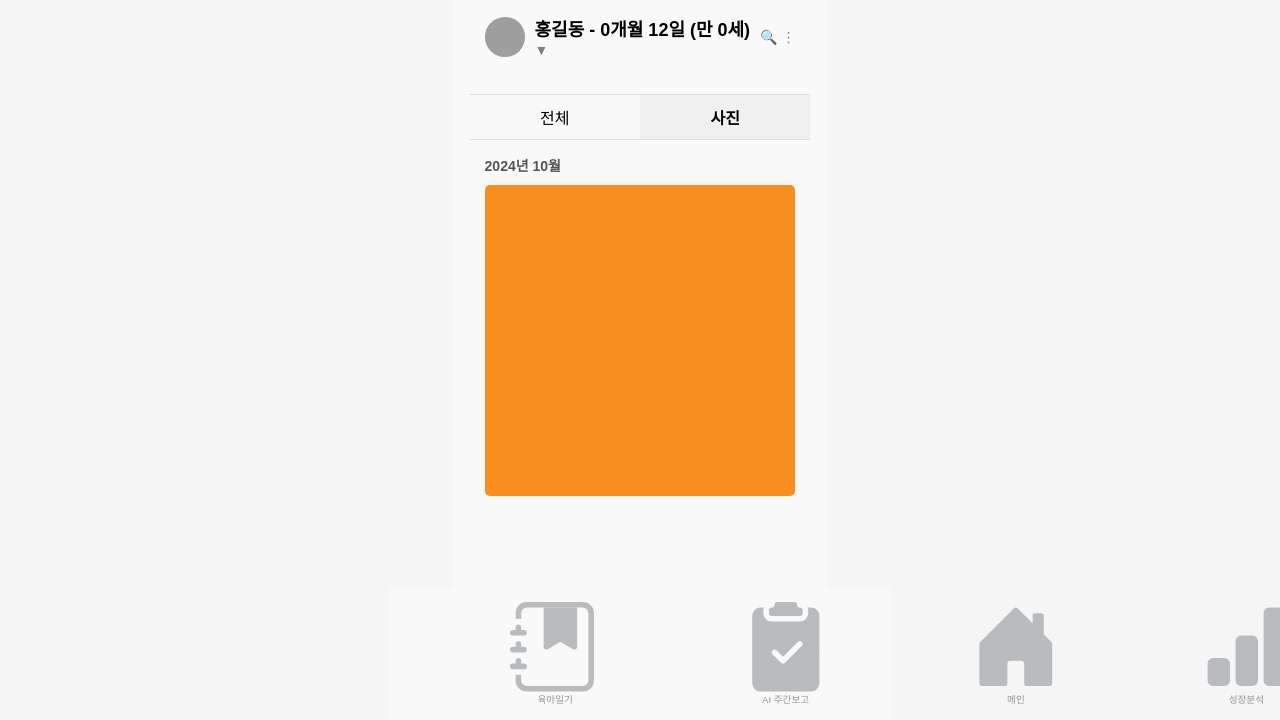
Repository: fromBirth/frombirth-frontend
Page: /babydiary/listphoto
These files come from the project's save history. The page is drawn as it stood at one moment and after the next save; the edit follows.
The browser window is 1280 px wide. The pictures show the whole page.
Pictures or frames that could not be fetched are drawn as grey boxes. Some web fonts or font styles are not loaded; a fallback is used. The project was rebuilt for these pictures with package versions that can differ from the ones it lists, and the page was loaded fresh each time. Also part of the build but not shown: vite.config.js.

Above is the page before, as saved 2024-10-30 13:08:02.

### index.html
<!doctype html>
<html lang="en">
  <head>
    <meta charset="UTF-8" />
    <link rel="icon" type="image/svg+xml" href="/fromBirthIcon" />
    <meta name="viewport" content="width=device-width, initial-scale=1.0" />
    <script src="https://t1.kakaocdn.net/kakao_js_sdk/2.7.2/kakao.min.js" integrity="sha384-TiCUE00h649CAMonG018J2ujOgDKW/kVWlChEuu4jK2vxfAAD0eZxzCKakxg55G4" crossorigin="anonymous"></script>
    <title>fromBirth</title>
  </head>
  <body>
    <div id="root"></div>
    <script type="module" src="/src/main.jsx"></script>
  </body>
</html>

### src/main.jsx
/* src/main.jsx */

// StrictMode와 createRoot 함수를 React에서 import
import { StrictMode } from 'react'
import { createRoot } from 'react-dom/client'
// 애플리케이션의 메인 컴포넌트인 App을 import
import App from './App.jsx'

// React 애플리케이션의 루트 DOM 요소에 App 컴포넌트를 렌더링
createRoot(document.getElementById('root')).render(
  <StrictMode>
    <App />
  </StrictMode>,
)

### src/App.jsx
/* src/App.jsx */

// 전체 애플리케이션에 라우팅 기능을 제공하는 BrowserRouter를 import
import { BrowserRouter as Router } from 'react-router-dom';
// 전역적으로 인증 상태를 관리하기 위해 AuthProvider를 import
import { AuthProvider } from './contexts/AuthContext';
// 애플리케이션의 전체 라우팅 구성을 위한 AppRouter를 import
import AppRouter from './routes/AppRouter'; // 라우팅 설정을 불러옴

// App 컴포넌트는 애플리케이션의 최상위 컴포넌트로, 인증과 라우팅을 관리
function App() {
    return (
        <AuthProvider>  {/* 인증 컨텍스트 제공 */}
            <Router>  {/* 라우팅 제공 */}
                <AppRouter /> {/* 전체 라우팅 설정 */}
            </Router>
        </AuthProvider>
    );
}

// App 컴포넌트를 기본으로 내보내기
export default App;

### src/contexts/AuthContext.jsx
/* src/contexts/AuthContext.jsx */

import { createContext, useState } from 'react';

// Context 생성
export const AuthContext = createContext();

// Context Provider 컴포넌트
export const AuthProvider = ({ children }) => {
    const [isAuthenticated, setIsAuthenticated] = useState(false);

    // 로그인/로그아웃 상태 변경 함수
    const toggleAuth = () => {
        setIsAuthenticated(!isAuthenticated);
    };

    return (
        <AuthContext.Provider value={{ isAuthenticated, toggleAuth }}>
            {children}
        </AuthContext.Provider>
    );
};

### src/routes/AppRouter.jsx
/* src/routes/AppRouter.jsx */

// React Router의 Routes와 Route 컴포넌트를 사용해 라우팅 구성
import { Routes, Route, Navigate } from 'react-router-dom';
// React에서 컴포넌트를 동적 로딩할 수 있도록 Suspense와 lazy를 사용
import { Suspense, lazy } from 'react';
// PATHS 객체를 import하여 경로를 상수로 관리
import { PATHS } from './paths';
// 전체 레이아웃 컴포넌트로, 로그인이 필요한 페이지의 공통 레이아웃으로 사용
import Layout from '../components/common/Layout.jsx';
// 스피너 컴포넌트 import
import Spinner from '../components/common/Spinner.jsx';
// 전역 스타일 파일을 import하여 스타일 적용
import '/src/assets/styles/common.css';

// React.lazy를 사용하여 동적 import로 각 페이지를 로딩하여 초기 로딩 속도 최적화
const Login = lazy(() => import('../components/login/Login.jsx'));
const Dashboard = lazy(() => import('../components/dashboard/Dashboard.jsx'));
const BabyDiary = lazy(() => import('../components/baby-diary/BabyDiary.jsx'));
const DiaryList = lazy(() => import('../components/baby-diary/DiaryList.jsx'));
const DiaryListPhoto = lazy(() => import('../components/baby-diary/DiaryListPhoto.jsx'));
const DiaryRegister = lazy(() => import('../components/baby-diary/DiaryRegister.jsx'));
const DiaryDetail = lazy(() => import('../components/baby-diary/DiaryDetail.jsx'));
const WeeklyReport = lazy(() => import('../components/weekly-report/WeeklyReport.jsx'));
const GrowthAnalysis = lazy(() => import('../components/growth-analysis/GrowthAnalysis.jsx'));
const MyPage = lazy(() => import('../components/my-page/MyPage.jsx'));
const ChildRegister = lazy(() => import('../components/my-page/ChildRegister.jsx'));

function AppRouter() {
    return (
        // Suspense로 동적 로딩 중 스피너 화면 표시
        <Suspense fallback={<Spinner />}>
            <Routes>
                {/* 로그인 페이지 */}
                <Route path={PATHS.LOGIN} element={<Login />} />

                {/* 기본 경로에서 메인 대시보드 화면으로 리다이렉트 */}
                <Route path="/" element={<Navigate to={PATHS.DASHBOARD} />} />

                {/* Layout 컴포넌트를 상위 요소로 하여 로그인이 필요한 페이지 구성 */}
                <Route element={<Layout />}>
                    {/* 메인 대시보드 페이지 */}
                    <Route path={PATHS.DASHBOARD} element={<Dashboard />} />

                    {/* BabyDiary 관련 페이지 */}
                    <Route path={PATHS.BABY_DIARY} element={<BabyDiary />} />
                    <Route path={PATHS.DIARY_LIST} element={<DiaryList />} />
                    <Route path={PATHS.DIARY_LIST_PHOTO} element={<DiaryListPhoto />} />
                    <Route path={PATHS.DIARY_REGISTER} element={<DiaryRegister />} />
                    <Route path={PATHS.DIARY_DETAIL} element={<DiaryDetail />} />

                    {/* WeeklyReport 페이지 */}
                    <Route path={PATHS.WEEKLY_REPORT} element={<WeeklyReport />} />

                    {/* GrowthAnalysis 페이지 */}
                    <Route path={PATHS.GROWTH_ANALYSIS} element={<GrowthAnalysis />} />

                    {/* MyPage 관련 페이지 */}
                    <Route path={PATHS.MY_PAGE} element={<MyPage />} />
                    <Route path={PATHS.CHILD_REGISTER} element={<ChildRegister />} />
                </Route>
            </Routes>
        </Suspense>
    );
}

export default AppRouter;

### src/routes/paths.js
/* src/routes/paths.js */

// PATHS 객체는 애플리케이션에서 사용하는 주요 라우트 경로를 상수로 관리
// 경로가 변경되더라도 이 파일만 수정하면 모든 라우트에 반영되어 유지보수가 용이해짐
export const PATHS = {

    // 로그인 페이지 경로
    LOGIN: "/login",

    // 메인 페이지 경로
    MAIN: "/main",

    // 육아 일기 섹션 경로들
    BABY_DIARY: "/babydiary",               // 육아 일기 메인 경로
    DIARY_LIST: "/babydiary/list",          // 일기 목록 페이지 경로
    DIARY_LIST_PHOTO: "/babydiary/listphoto", // 사진으로 보는 일기 목록 경로
    DIARY_REGISTER: "/babydiary/register",  // 일기 작성 페이지 경로
    DIARY_DETAIL: "/babydiary/detail",      // 일기 상세 페이지 경로

    // AI주간보고 페이지 경로
    WEEKLY_REPORT: "/weeklyreport",

    // 성장 분석 페이지 경로
    GROWTH_ANALYSIS: "/growthanalysis",

    // 내정보 섹션 경로들
    MY_PAGE: "/mypage",                     // 마이페이지 메인 경로
    CHILD_REGISTER: "/mypage/register",     // 아이 등록 페이지 경로
};

### src/components/common/Layout.jsx
/* src/components/Layout.jsx */

import { Link, Outlet, useLocation } from 'react-router-dom';
import { useState, useEffect } from 'react';
import '/src/assets/styles/layout.css';

function Layout() {

    const location = useLocation();
    const [activePath, setActivePath] = useState(location.pathname);

    // 라우터 변경 시 활성화 상태 업데이트
    useEffect(() => {
        setActivePath(location.pathname);
    }, [location]);

    return (
        <div className="layout">

            {/* 🔴 페이지 콘텐츠: 헤더와 실제 Outlet을 포함하는 영역 */}
            <div className="content">
                <Outlet /> {/* 자식 페이지들이 이곳에 렌더링됩니다. */}
            </div>

            {/* 🔴 푸터 */}
            <footer className="footer">
                <nav className={"footer-nav"}>
                    <Link to="/babydiary" >
                        <div className={`nav-item ${activePath === '/babydiary' ? 'btn-active' : ''}`}>
                            <svg xmlns="http://www.w3.org/2000/svg" style={{ fill: activePath === '/babydiary' ? 'var(--logo-color)' : 'var(--menu-symbol-color)' }}
                                className="bi bi-journal-bookmark-fill" viewBox="0 0 16 16">
                                <path fillRule="evenodd"
                                    d="M6 1h6v7a.5.5 0 0 1-.757.429L9 7.083 6.757 8.43A.5.5 0 0 1 6 8z" />
                                <path
                                    d="M3 0h10a2 2 0 0 1 2 2v12a2 2 0 0 1-2 2H3a2 2 0 0 1-2-2v-1h1v1a1 1 0 0 0 1 1h10a1 1 0 0 0 1-1V2a1 1 0 0 0-1-1H3a1 1 0 0 0-1 1v1H1V2a2 2 0 0 1 2-2" />
                                <path
                                    d="M1 5v-.5a.5.5 0 0 1 1 0V5h.5a.5.5 0 0 1 0 1h-2a.5.5 0 0 1 0-1zm0 3v-.5a.5.5 0 0 1 1 0V8h.5a.5.5 0 0 1 0 1h-2a.5.5 0 0 1 0-1zm0 3v-.5a.5.5 0 0 1 1 0v.5h.5a.5.5 0 0 1 0 1h-2a.5.5 0 0 1 0-1z" />
                            </svg>
                            <span>육아일기</span>
                        </div>
                    </Link>
                    <Link to="/weeklyreport" >
                        <div className={`nav-item ${activePath === '/weeklyreport' ? 'btn-active' : ''}`}>
                            <svg xmlns="http://www.w3.org/2000/svg" style={{ fill: activePath === '/weeklyreport' ? 'var(--logo-color)' : 'var(--menu-symbol-color)' }}
                                className="bi bi-clipboard2-check-fill" viewBox="0 0 16 16">
                                <path
                                    d="M10 .5a.5.5 0 0 0-.5-.5h-3a.5.5 0 0 0-.5.5.5.5 0 0 1-.5.5.5.5 0 0 0-.5.5V2a.5.5 0 0 0 .5.5h5A.5.5 0 0 0 11 2v-.5a.5.5 0 0 0-.5-.5.5.5 0 0 1-.5-.5" />
                                <path
                                    d="M4.085 1H3.5A1.5 1.5 0 0 0 2 2.5v12A1.5 1.5 0 0 0 3.5 16h9a1.5 1.5 0 0 0 1.5-1.5v-12A1.5 1.5 0 0 0 12.5 1h-.585q.084.236.085.5V2a1.5 1.5 0 0 1-1.5 1.5h-5A1.5 1.5 0 0 1 4 2v-.5q.001-.264.085-.5m6.769 6.854-3 3a.5.5 0 0 1-.708 0l-1.5-1.5a.5.5 0 1 1 .708-.708L7.5 9.793l2.646-2.647a.5.5 0 0 1 .708.708" />
                            </svg>
                            <span>AI 주간보고</span>
                        </div>

                    </Link>
                    <Link to="/dashboard" >
                        <div className={`nav-item ${activePath === '/dashboard' ? 'btn-active' : ''}`}>
                            <svg xmlns="http://www.w3.org/2000/svg" style={{ fill: activePath === '/dashboard' ? 'var(--logo-color)' : 'var(--menu-symbol-color)' }}
                                className="bi bi-house-door-fill" viewBox="0 0 16 16">
                                <path
                                    d="M6.5 14.5v-3.505c0-.245.25-.495.5-.495h2c.25 0 .5.25.5.5v3.5a.5.5 0 0 0 .5.5h4a.5.5 0 0 0 .5-.5v-7a.5.5 0 0 0-.146-.354L13 5.793V2.5a.5.5 0 0 0-.5-.5h-1a.5.5 0 0 0-.5.5v1.293L8.354 1.146a.5.5 0 0 0-.708 0l-6 6A.5.5 0 0 0 1.5 7.5v7a.5.5 0 0 0 .5.5h4a.5.5 0 0 0 .5-.5" />
                            </svg>
                            <span>메인</span>
                        </div>

                    </Link>
                    <Link to="/growthanalysis" >
                        <div className={`nav-item ${activePath === '/growthanalysis' ? 'btn-active' : ''}`}>
                            <svg xmlns="http://www.w3.org/2000/svg" style={{ fill: activePath === '/growthanalysis' ? 'var(--logo-color)' : 'var(--menu-symbol-color)' }}
                                className="bi bi-bar-chart-fill" viewBox="0 0 16 16">
                                <path
                                    d="M1 11a1 1 0 0 1 1-1h2a1 1 0 0 1 1 1v3a1 1 0 0 1-1 1H2a1 1 0 0 1-1-1zm5-4a1 1 0 0 1 1-1h2a1 1 0 0 1 1 1v7a1 1 0 0 1-1 1H7a1 1 0 0 1-1-1zm5-5a1 1 0 0 1 1-1h2a1 1 0 0 1 1 1v12a1 1 0 0 1-1 1h-2a1 1 0 0 1-1-1z" />
                            </svg>
                            <span>성장분석</span>
                        </div>

                    </Link>
                    <Link to="/mypage" >
                        <div className={`nav-item ${activePath === '/mypage' ? 'btn-active' : ''}`}>
                            <svg xmlns="http://www.w3.org/2000/svg" style={{ fill: activePath === '/mypage' ? 'var(--logo-color)' : 'var(--menu-symbol-color)' }}
                                className="bi bi-person-fill" viewBox="0 0 16 16">
                                <path d="M3 14s-1 0-1-1 1-4 6-4 6 3 6 4-1 1-1 1zm5-6a3 3 0 1 0 0-6 3 3 0 0 0 0 6" />
                            </svg>
                            <span>내정보</span>
                        </div>
                    </Link>
                </nav>
            </footer>
        </div>
    );
}

export default Layout;

### src/components/common/Spinner.jsx
/* src/components/Spinner.jsx */

const Spinner = () => {
    return (
        <div className="spinner-overlay">
            <div className="spinner"></div>
        </div>
    );
};

export default Spinner;

### src/assets/styles/common.css
/* src/assets/styles/common.css */

/* 🔴 폰트 설정 */
@font-face { font-family: 'Pretendard'; font-weight: 100; font-style: normal; src: url('https://cdn.jsdelivr.net/gh/webfontworld/pretendard/Pretendard-Thin.woff') format('woff'); font-display: swap; }
@font-face { font-family: 'Pretendard'; font-weight: 200; font-style: normal; src: url('https://cdn.jsdelivr.net/gh/webfontworld/pretendard/Pretendard-ExtraLight.woff') format('woff'); font-display: swap; }
@font-face { font-family: 'Pretendard'; font-weight: 300; font-style: normal; src: url('https://cdn.jsdelivr.net/gh/webfontworld/pretendard/Pretendard-Light.woff') format('woff'); font-display: swap; }
@font-face { font-family: 'Pretendard'; font-weight: 400; font-style: normal; src: url('https://cdn.jsdelivr.net/gh/webfontworld/pretendard/Pretendard-Regular.woff') format('woff'); font-display: swap; }
@font-face { font-family: 'Pretendard'; font-weight: 500; font-style: normal; src: url('https://cdn.jsdelivr.net/gh/webfontworld/pretendard/Pretendard-Medium.woff') format('woff'); font-display: swap; }
@font-face { font-family: 'Pretendard'; font-weight: 600; font-style: normal; src: url('https://cdn.jsdelivr.net/gh/webfontworld/pretendard/Pretendard-SemiBold.woff') format('woff'); font-display: swap; }
@font-face { font-family: 'Pretendard'; font-weight: 700; font-style: normal; src: url('https://cdn.jsdelivr.net/gh/webfontworld/pretendard/Pretendard-Bold.woff') format('woff'); font-display: swap; }
@font-face { font-family: 'Pretendard'; font-weight: 800; font-style: normal; src: url('https://cdn.jsdelivr.net/gh/webfontworld/pretendard/Pretendard-ExtraBold.woff') format('woff'); font-display: swap; }
@font-face { font-family: 'Pretendard'; font-weight: 900; font-style: normal; src: url('https://cdn.jsdelivr.net/gh/webfontworld/pretendard/Pretendard-Black.woff') format('woff'); font-display: swap; }
/* HakgyoansimDunggeunmisoTTF 폰트 설정 (로컬 파일) */
@font-face { font-family: 'HakgyoansimDunggeunmisoTTF-B'; src: url('/src/assets/fonts/Hakgyoansim-Dunggeunmiso-TTF-B.ttf') format('truetype'); font-weight: normal; font-style: normal; }
@font-face { font-family: 'HakgyoansimDunggeunmisoTTF-R'; src: url('/src/assets/fonts/Hakgyoansim-Dunggeunmiso-TTF-R.ttf') format('truetype'); font-weight: normal; font-style: normal; }

/* 🔴 css 초기화 설정 */
html, body { font-family: "Pretendard", sans-serif; height: 100%; margin: 0; padding: 0; }
body { display: flex; justify-content: center; align-items: center; min-height: 100vh; margin: 0; background-color: #f5f5f5; }
* { margin: 0; padding: 0; box-sizing: border-box; }
a { text-decoration: none; color: black; }
ul, li, ol, dl, dd { list-style: none; margin: 0; }
img { max-width: 100%; height: auto; border: 0; }
table { border-collapse: collapse; border-spacing: 0; }
td, th { padding: 0; }
input[type="checkbox"] { cursor: pointer; }
button { appearance: none; border: 0; background: transparent; font: inherit; outline: none; cursor: pointer; }
button:disabled { cursor: default; }
label { margin: 0; font-weight: normal; }
p { margin: 0; }
input::placeholder { color: #888; }

/* 🔴 색상 등 전역 변수 설정 */
:root { --logo-color: #FF893C; --button-disabled-color: #E6E9F0; --menu-symbol-color: #B8BCBF; --menu-text-color: #949598; --background-color: #F4F7FC; }

/* 🔴 로딩 스피너 */
.spinner-overlay { position: fixed; top: 0; left: 0; width: 100vw; height: 100vh; display: flex; justify-content: center; align-items: center; background: rgba(255, 255, 255, 0.8); z-index: 1000; }
.spinner { width: 40px; height: 40px; border: 5px solid rgba(0, 0, 0, 0.1); border-top-color: #3498db; border-radius: 50%; animation: spin 1s linear infinite; }
@keyframes spin { to { transform: rotate(360deg); }
 }

### src/components/baby-diary/DiaryLIstPhoto.jsx
import './DiaryLIstPhoto.css';

const DiaryListPhoto = () => {

    return (
        <div className="container">
            <div className="header">
                <img src="profile-placeholder.png" alt="Profile Picture" />
                <div>
                    <h2>홍길동 - 0개월 12일 (만 0세)</h2>
                    <span>▼</span>
                </div>
                <div style={{ marginLeft: "auto" }}>
                    <span>🔍 ⋮</span>
                </div>
            </div>

            <div className="tab-bar">
                <div className="tab">전체</div>
                <div className="tab active">사진</div>
            </div>

            <div className="gallery">
                <h3>2024년 10월</h3>
                <div className="gallery-item"></div>
            </div>
        </div>
    );
};

export default DiaryListPhoto;

### src/assets/styles/layout.css
/* src/assets/styles/layout.css */

/* 레이아웃 */
.layout { display: flex; flex-direction: column; align-items: center; max-width: 600px; width: 100%; height: 100vh; margin: 0 auto; background-color: #f9f9f9; }

/* 헤더 스타일 */
.layout .header { display: flex; align-items: center; gap: 10px; margin-bottom: 20px; }
.layout .header .profile-image { width: 40px; height: 40px; border-radius: 50%; background-color: #f0e68c; }
.layout .header .header-title { font-size: 18px; }
.layout .header .header-dropdown { font-size: 14px; color: gray; }

/* 콘텐츠 영역 */
.layout .content { flex-grow: 1; width: 100%; max-width: 500px; margin: 0 auto; padding: 0 16px; overflow-y: auto; padding-bottom: 60px;}

/* footer */
.layout .footer { background-color: #F9F9F9; text-align: center; display: flex; justify-content: center; width: 100%; max-width: 500px; margin: 0 auto; position: fixed; bottom: 0;  }
.layout .footer .footer-nav { display: flex; justify-content: space-around; width: 100%; max-width: 400px; }
.layout .footer .footer-nav .nav-item { display: flex; flex-direction: column; justify-content: center; color: #949598; font-size: 0.6em; min-width: 12vw; margin: 1vh 3vw; padding: 1vh 1vw; }
.layout .footer .footer-nav .nav-item.btn-active { background-color: #FE8A3C1F; color: #FF893C; border-radius:9px; }
.layout .footer .footer-nav .nav-item svg { margin: auto; width: 7vw; }

### src/components/baby-diary/DiaryLIstPhoto.css
.header { display: flex; align-items: center; gap: 10px; padding: 15px; }
.header img { width: 40px; height: 40px; border-radius: 50%; background-color: #f0e68c; }
.header h2 { margin: 0; font-size: 18px; }
.header span { font-size: 14px; color: gray; }
.tab-bar { display: flex; border-top: 1px solid #ddd; border-bottom: 1px solid #ddd; }
.tab { flex: 1; padding: 10px; text-align: center; cursor: pointer; font-size: 16px; }
.tab.active { background-color: #f0f0f0; font-weight: bold; }
.gallery { padding: 15px; }
.gallery h3 { font-size: 14px; color: #555; margin-bottom: 10px; }
.gallery-item { width: 100%; padding-top: 100%; background-color: #f78e1e; border-radius: 5px; position: relative; }

After the next save:
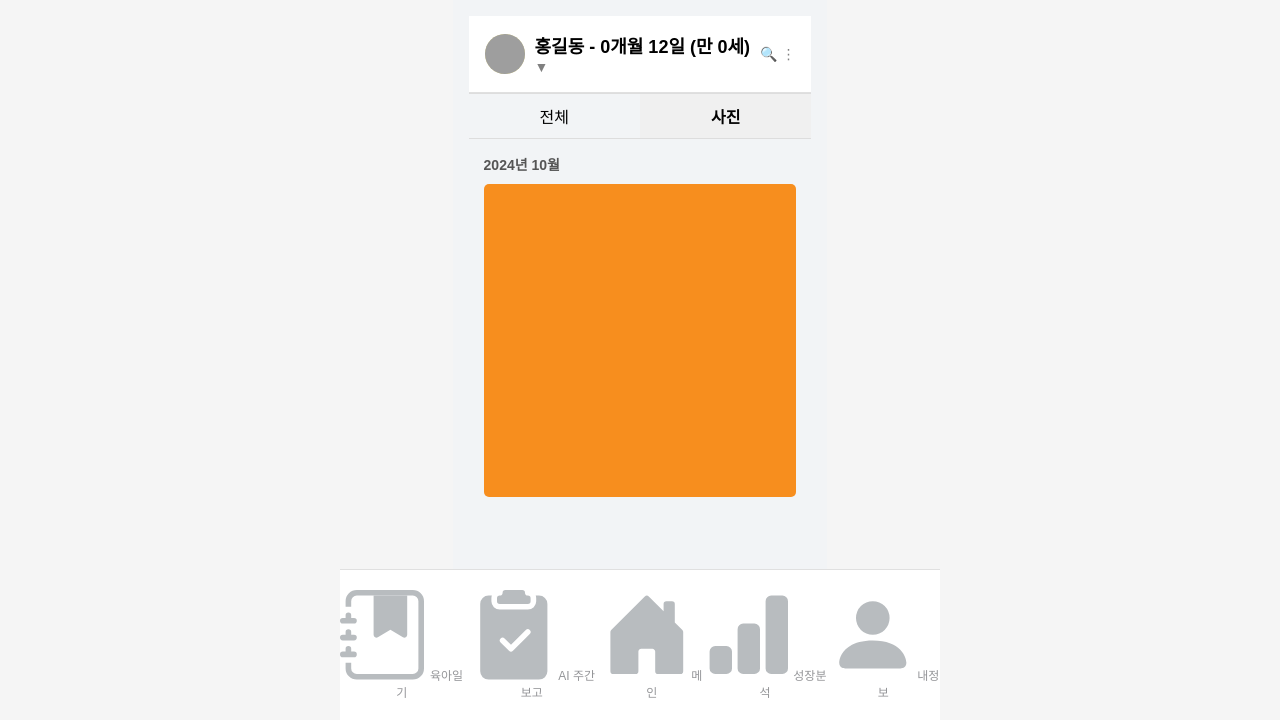
Saved 8 min 6 s later.
--- a/src/assets/styles/layout.css
+++ b/src/assets/styles/layout.css
@@ -4,17 +4,17 @@
 .layout { display: flex; flex-direction: column; align-items: center; max-width: 600px; width: 100%; height: 100vh; margin: 0 auto; background-color: #f9f9f9; }
 
 /* 헤더 스타일 */
-.layout .header { display: flex; align-items: center; gap: 10px; margin-bottom: 20px; }
-.layout .header .profile-image { width: 40px; height: 40px; border-radius: 50%; background-color: #f0e68c; }
-.layout .header .header-title { font-size: 18px; }
+.layout .header { display: flex; align-items: center; width: 100%; padding: 16px; background-color: white; border-bottom: 1px solid #e0e0e0; max-width: 600px;position: sticky;top: 0; z-index: 10;  }
+.layout .header .profile-image { width: 40px; height: 40px; border-radius: 50%; margin-right: 8px; }
+.layout .header .header-title { font-size: 16px; color: #333; }
 .layout .header .header-dropdown { font-size: 14px; color: gray; }
 
 /* 콘텐츠 영역 */
-.layout .content { flex-grow: 1; width: 100%; max-width: 500px; margin: 0 auto; padding: 0 16px; overflow-y: auto; padding-bottom: 60px;}
+.layout .content { flex-grow: 1; width: 100%; padding: 16px; overflow-y: auto; background-color: #f2f4f6; max-width: 600px; padding-bottom: 80px;}
 
 /* footer */
-.layout .footer { background-color: #F9F9F9; text-align: center; display: flex; justify-content: center; width: 100%; max-width: 500px; margin: 0 auto; position: fixed; bottom: 0;  }
-.layout .footer .footer-nav { display: flex; justify-content: space-around; width: 100%; max-width: 400px; }
-.layout .footer .footer-nav .nav-item { display: flex; flex-direction: column; justify-content: center; color: #949598; font-size: 0.6em; min-width: 12vw; margin: 1vh 3vw; padding: 1vh 1vw; }
+.layout .footer { width: 100%; padding: 10px 0; background-color: white; border-top: 1px solid #e0e0e0; position: fixed; bottom: 0; z-index: 10; max-width: 600px; }
+.layout .footer .footer-nav { display: flex; justify-content: space-around; }
+.layout .footer .footer-nav .nav-item { font-size: 12px; color: #949598; text-align: center; padding: 10px 0;}
 .layout .footer .footer-nav .nav-item.btn-active { background-color: #FE8A3C1F; color: #FF893C; border-radius:9px; }
 .layout .footer .footer-nav .nav-item svg { margin: auto; width: 7vw; }
